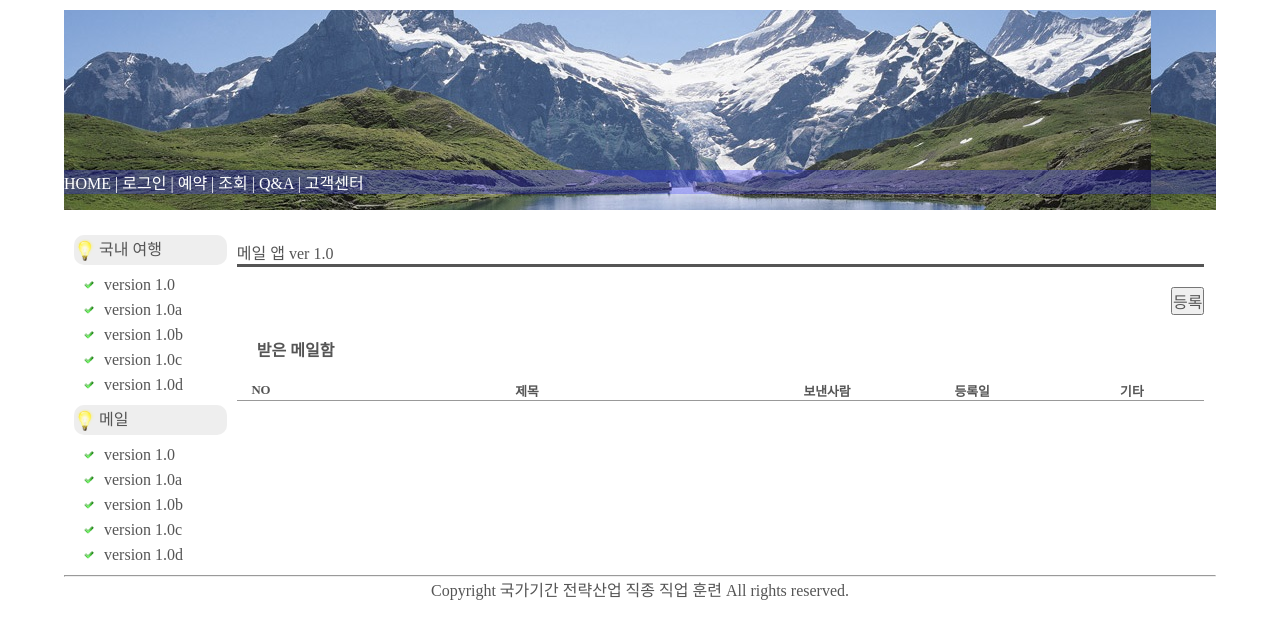
Repository: jangky000/ai_web
Page: http://localhost/blog_v2jc/mail_app/list.jsp
An editor plug-in stored every save of this project. The page is shown before and after the next save, followed by the edit.
The browser window is 1280 px wide. The pictures show the whole page.
The page is served by Tomcat 9. Other server files are loaded and not shown. Queries for data that is not in the repository find no rows.

Above is the page before, as saved 2020-03-27 06:35:25.

### ws__frame/blog_v2jc/WebContent/mail_app/list.jsp
<%@ page contentType="text/html; charset=UTF-8" %>

<!-- MySQL에서 DBMS에 연결할때 쓰던 import 패키지와 구성이 같다. -->
 <!-- MovieDAO2.java 참조 -->
<%@ page import="java.sql.Connection" %>
<%@ page import=" java.sql.DriverManager" %>
<%@ page import="java.sql.PreparedStatement" %>
<%@ page import="java.sql.ResultSet" %>
<%@ page import="java.sql.SQLException" %>

<%
request.setCharacterEncoding("utf-8");
String root = request.getContextPath();
%>

<%
// 필요 변수 선언
Connection con = null;              // DBMS 연결
PreparedStatement pstmt = null; // SQL 실행
ResultSet rs = null;                   // SELECT 결과를 저장
StringBuffer sql = null;              // SQL 문장
int count = 0;                         // 처리된 레코드 갯수

// MYSQL
// String className = "org.gjt.mm.mysql.Driver"; // MySQL 연결 Driver
// String url = "jdbc:mysql://172.16.12.4:3306/javadb?useUnicode=true&characterEncoding=euckr"; //데이터베이스 javadb 사용

//Oracle, jdbc 연결
String className = "oracle.jdbc.driver.OracleDriver"; // Oracle 연결 Driver
String url = "jdbc:oracle:thin:@127.0.0.1:1521:XE"; //XE -> soldesk 등으로 달라질 수 있다.

String user = "ai6";
String password = "1234";
%>

<!DOCTYPE html>
<html lang="ko">
<head>
<meta charset="UTF-8">
<title>메일 앱</title>
<link href="<%=root%>/css/style.css" rel="Stylesheet" type="text/css">
</head>
<body>
<jsp:include page="/menu/top.jsp" flush='false' />
  <div class="title_line">메일 앱 ver 1.0</div>
  <div class="sub_menu">
    <button type="button" onclick="location.href='./create_form.jsp'">등록</button>
  </div>
  <table class="table_basic">
    <caption style="text-align: left; margin: 20px 20px;"><h2>받은 메일함</h2></caption>
    <colgroup>
      <col style="width: 5%;">
      <col style="width: 50%;">
      <col style="width: 12%;">
      <col style="width: 18%;">
      <col style="width: 15%;">
    </colgroup>
    <thead>
      <tr>
        <th class="th_basic">NO</th>
        <th class="th_basic">제목</th>
        <th class="th_basic">보낸사람</th>
        <th class="th_basic">등록일</th>
        <th class="th_basic">기타</th>
      </tr>
    </thead>
    <tbody>
      <%
      try {
        Class.forName(className);
        con = DriverManager.getConnection(url, user, password );

        sql = new StringBuffer();
        sql.append(" SELECT mailno, title, content, mail_from, mail_to, rdate");
        sql.append(" FROM mail_app");
        sql.append(" ORDER BY mailno DESC");

        pstmt = con.prepareStatement(sql.toString());

        rs = pstmt.executeQuery(); // SELECT문 실행: executeQuery() : return ResultSet 타입

        int n = 0;
        while(true) {
          if(rs.next() == true) {
            System.out.println(rs.getInt("mailno"));
            %>
            <tr>
              <td class="td_basic"><%= rs.getInt("mailno")%></td>
              <td class="td_left"><a href="./read.jsp?mailno=<%= rs.getInt("mailno")%>"><%= rs.getString("title")%></a></td>
              <td class="td_basic"><%= rs.getString("mail_from")%></td>
              <td class="td_basic"><%= rs.getString("rdate")%></td>
              <td class="td_basic">수정/삭제</td>
            </tr>
            <%
          }
          else {
            break;
          }
        }

      } catch (SQLException e) {
        System.out.println("SQL 실행 중 예외 발생");
        e.printStackTrace();
      } catch (ClassNotFoundException e) {
        System.out.println("JDBC 드라이버가 없습니다.");
        e.printStackTrace();
      } finally {
        try{ if (rs != null){ rs.close(); } }catch(Exception e){ }
        try{ if (pstmt != null){ pstmt.close(); } }catch(Exception e){ }
        try{ if (con != null){ con.close(); } }catch(Exception e){ }
      }
      %>
    </tbody>
  </table>


<jsp:include page="/menu/bottom.jsp" flush='false' />
</body>
</html>
</html>

### ws__frame/blog_v2jc/WebContent/menu/top.jsp
<%@ page contentType="text/html; charset=UTF-8" %>
<!-- jsp: include를 사용했기 때문에 root로 인한 충돌이 발생하지 않는다. -->
<% String root = request.getContextPath(); %>

<DIV class='container'>
  <DIV class='top_img'>
    <NAV class="top_menu">
      <a href="<%=root %>" class="menu_link">HOME</a> | 로그인 | 예약 | 조회 | Q&A | 고객센터
    </NAV>
  </DIV>

  <DIV style='margin-top: 10px;'> <!-- 좌측 메뉴 + 내용 시작 -->
    <DIV class='left_menu'> <!--  좌측 메뉴 시작 -->
      <div class="li_left_menu_1" >국내 여행</div>
      <UL>
         <!-- 모든 위치에서 동일한 주소를 찾아야하므로, 절대 경로로 설정 -->
        <LI class="li_left_menu_2"><a href="<%= request.getContextPath() %>/notice1/list.jsp">version 1.0</a></LI>
        <LI class="li_left_menu_2"><a href="<%= request.getContextPath() %>/notice1a/list.jsp">version 1.0a</a></LI>
        <LI class="li_left_menu_2"><a href="<%= request.getContextPath() %>/notice1b/list.jsp">version 1.0b</a></LI>
        <LI class="li_left_menu_2"><a href="<%= request.getContextPath() %>/notice1c/list.jsp">version 1.0c</a></LI>
        <LI class="li_left_menu_2"><a href="<%= request.getContextPath() %>/notice1d/list.jsp">version 1.0d</a></LI>
      </UL>
      <!-- br을 쓰는 것보다 margin으로 여백을 주는 것이 낫다 -->
      <div class="li_left_menu_1">메일</div>
      <UL>
        <LI class="li_left_menu_2"><a href="<%= request.getContextPath() %>/mail_app/list.jsp">version 1.0</a></LI>
        <LI class="li_left_menu_2"><a href="<%= request.getContextPath() %>/mail_app1a/list.jsp">version 1.0a</a></LI>
        <LI class="li_left_menu_2"><a href="<%= request.getContextPath() %>/mail_app1b/list.jsp">version 1.0b</a></LI>
        <LI class="li_left_menu_2"><a href="<%= request.getContextPath() %>/mail_app1c/list.jsp">version 1.0c</a></LI>
        <LI class="li_left_menu_2"><a href="<%= request.getContextPath() %>/mail_app1d/list.jsp">version 1.0d</a></LI>
      </UL>

    </DIV>  <!--  좌측 메뉴 종료 -->

    <DIV class='content_body'> <!--  내용 시작 -->

### ws__frame/blog_v2jc/WebContent/menu/bottom.jsp
<%@ page contentType="text/html; charset=UTF-8" %>

    </DIV> <!-- 내용 종료 -->
  </DIV> <!-- 좌측 메뉴 + 내용 종료 -->

  <!-- 화면 하단 메뉴 -->
  <DIV class='copyright'>
    <HR>
    Copyright 국가기간 전략산업 직종 직업 훈련 All rights reserved.
  </DIV>

</DIV> <!-- 컨테이너 종료 -->

### ws__frame/blog_v2jc/WebContent/css/style.css
/* ver 0.2 */
/* 모든 태그에 적용 */
  *{
     font-family: Malgun Gothic;
     font-size: 16px;
     margin: 0px;  /* top right bottom left */
     padding: 0px;
     color: #555555;
  }

  .container {
    width: 90%;
    margin: 10px auto;
  }

  /*
  이미지 경로 지정
  권장하지 않는 방법(절대경로): background-image: url('/blog_v2jc/css/images/top_image.jpg');
  권장하는 방법(상대경로): background-image: url('./images/top_image.jpg');
  style.css 파일이 include(link)되는 폴더를 현재 폴더로 인식함
  /blog_v2jc/css/style.css에서 사용
  /blog_v2jc/css/images/top_image.jpg 인식
   */
  .top_img {
    width: 100%;
    height: 200px;
    /* background-image: url('/blog_v2jc/menu/images/top_image.jpg'); */
    background-image: url('./images/top_image.jpg');
  }

  .top_menu {
    position: relative;  /* 부모 태그 기준 화면 상단 기준 */
    top: 80%;
    /* left: 2px;  */
    background-color: rgba(50, 50, 255, 0.3);
    color: white;
  }

  .left_menu {
    width: 15%;
    float: left;
  }

  .content_body {
    width: 84%;
    float: left;
  }

  .content_bottom {

  }

  .bottom_menu {
    text-align: center;
    margin: 20px auto;
    clear: both;
  }

  .copyright {
    text-align: center;
    margin: 20px auto; /* 블럭 가운데 정렬 */
    clear: both; /*  float: left; 해제 float 효과를 제거 */
  }

  .li_warning{/* 경고 메시지 */
    list-style: none;
    margin: 15px 10px;
    color: #ff6600;
  }

  .li_error{ /* 에러 메시지 */
    list-style: none;
    margin: 15px 10px;
    color: #FF0000;
  }

  .li_none{
    list-style: none;
    margin: 15px 10px;
  }

  .fieldset_basic{
    width:90%;
    margin:10px auto;
    border-top: none;
    border-right: none;
    border-bottom: none;
    border-left: none;
    padding: 10px;
  }

  .legend_basic{
    margin-left:30px;
    border:solid 1px #999999;
    background-color: #A6C2FF;
    color:#FFFFFF;
  }

  input:focus {outline:none;}
  .input_basic{
    border-top: none;
    border-right: none;
    border-bottom: solid 1px #999999;
    border-left: none;
  }

  .title_line{
    text-align:left;
    /* text-decoration: underline; */
    border-bottom: solid 3px #555555;
    width: 100%;
    margin: 20px auto;

  }

  .sub_menu{
    text-align: right;
    width: 100%;
  }

  .table_basic{
    border-collapse: collapse; /* 셀 합치기 */
    margin: 2px auto;
    width: 100%;
  }

  /*
    1em 기본값: 16px, 주변 태그의 글자 크기를 1em으로 인식
    div 태그가 20px일 경우 자식 태그가 0.5em이면 최종적으로 10px이 적용됨.
  */
  .th_basic{
    font-size: 0.8em;
    border-bottom: solid 1px #999999;
  }

  .td_basic{
    background-color: #ffffff;

    border-top: none;
    border-right: none;
    border-bottom: solid 1px #dddddd;
    border-left: none;

    text-align: center;
  }

  .td_left{
    background-color: #ffffff;

    border-top: none;
    border-right: none;
    border-bottom: solid 1px #dddddd;
    border-left: none;

    text-align: left;
  }

  A:link{  /* 방문전 상태 */
    text-decoration: none; /* 밑줄 삭제 */
    color: #555555;
  }

  A:visited{  /* 방문후 상태 */
    text-decoration: none; /* 밑줄 삭제 */
    color: #555555;
  }

  A:hover{  /* A 태그에 마우스가 올라간 상태 */
    text-decoration: underline; /* 밑줄 출력 */
    color: #7777FF;
  }

  A:active{  /* A 태그를 클릭한 상태 */
    text-decoration: underline; /* 밑줄 출력 */
    color: #7777FF;
  }

  /* top menu */
  .menu_link:link{  /* 방문전 상태 */
    text-decoration: none; /* 밑줄 삭제 */
    color: white;
  }

  .menu_link:visited{  /* 방문후 상태 */
    text-decoration: none; /* 밑줄 삭제 */
    color: white;
  }

  .menu_link:hover{  /* A 태그에 마우스가 올라간 상태 */
    text-decoration: underline; /* 밑줄 출력 */
    color: white;
    /* font-weight: bold; */
  }

  .menu_link:active{  /* A 태그를 클릭한 상태 */
    text-decoration: underline; /* 밑줄 출력 */
    color: white;
  }

  .content_title{
    border-top: none;
    border-right: none;
    border-bottom: solid 1px #999999;
    border-left: none;

    margin-bottom: 20px;
  }

  .content_bottom{
    border-top: none;
    border-right: none;
    border-bottom: none;
    border-left: none;
    margin: 20px 0;
    text-align: right;
    font-size: 0.8em;
  }

  .li_left_menu_1{/* 화면 좌측 대분류 */
    list-style: none;
    margin: 15px 10px;
    background: url(./images/li_left_menu_1.png) left center no-repeat; /* url 왼쪽 중간 반복x */
    background-color:#eeeeee;
    border-radius:10px;
    background-size: 22px;
    padding-left: 25px;
    line-height: 30px;
  }

  .li_left_menu_2{/* 화면 좌측 중분류 */
    list-style: none;
    margin: 15px 10px;
    background: url(./images/li_left_menu_2.png) left center no-repeat; /* url 왼쪽 중간 반복x */
    background-size: 10px;
    margin-left: 20px;
    padding-left: 20px;
    line-height: 10px;
  }

After the next save:
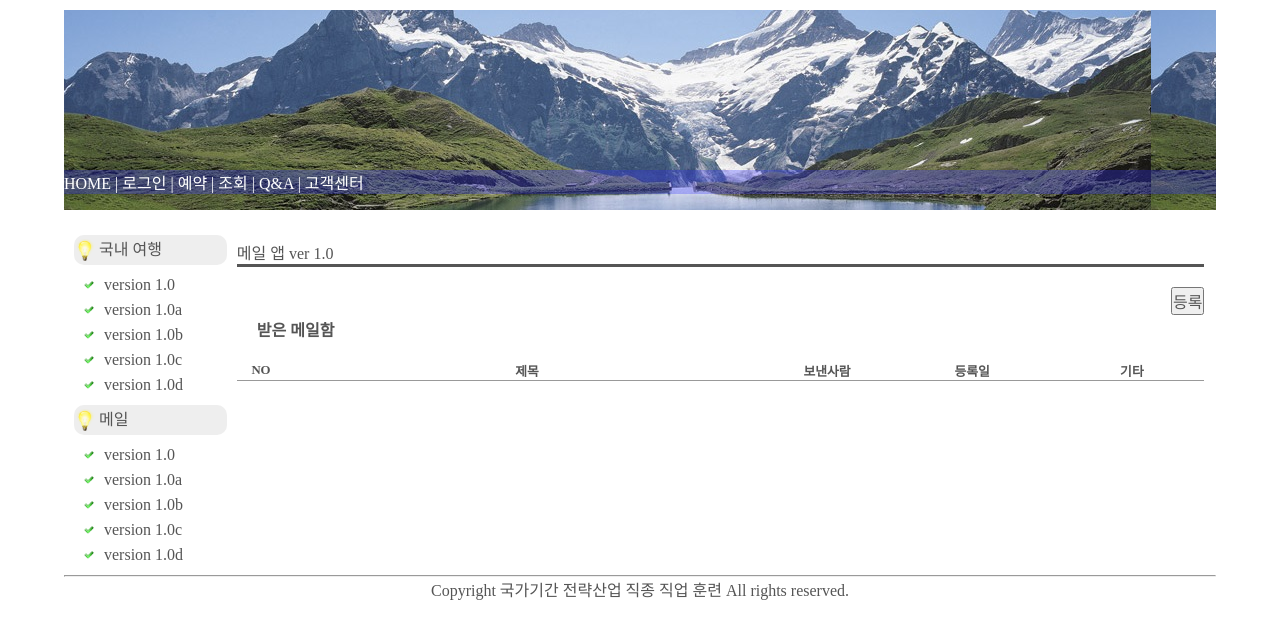
Saved 7 s later.
--- a/ws__frame/blog_v2jc/WebContent/mail_app/list.jsp
+++ b/ws__frame/blog_v2jc/WebContent/mail_app/list.jsp
@@ -47,7 +47,7 @@ String password = "1234";
     <button type="button" onclick="location.href='./create_form.jsp'">등록</button>
   </div>
   <table class="table_basic">
-    <caption style="text-align: left; margin: 20px 20px;"><h2>받은 메일함</h2></caption>
+    <caption style="text-align: left; margin: 0 0 20px 20px;"><h2>받은 메일함</h2></caption>
     <colgroup>
       <col style="width: 5%;">
       <col style="width: 50%;">
